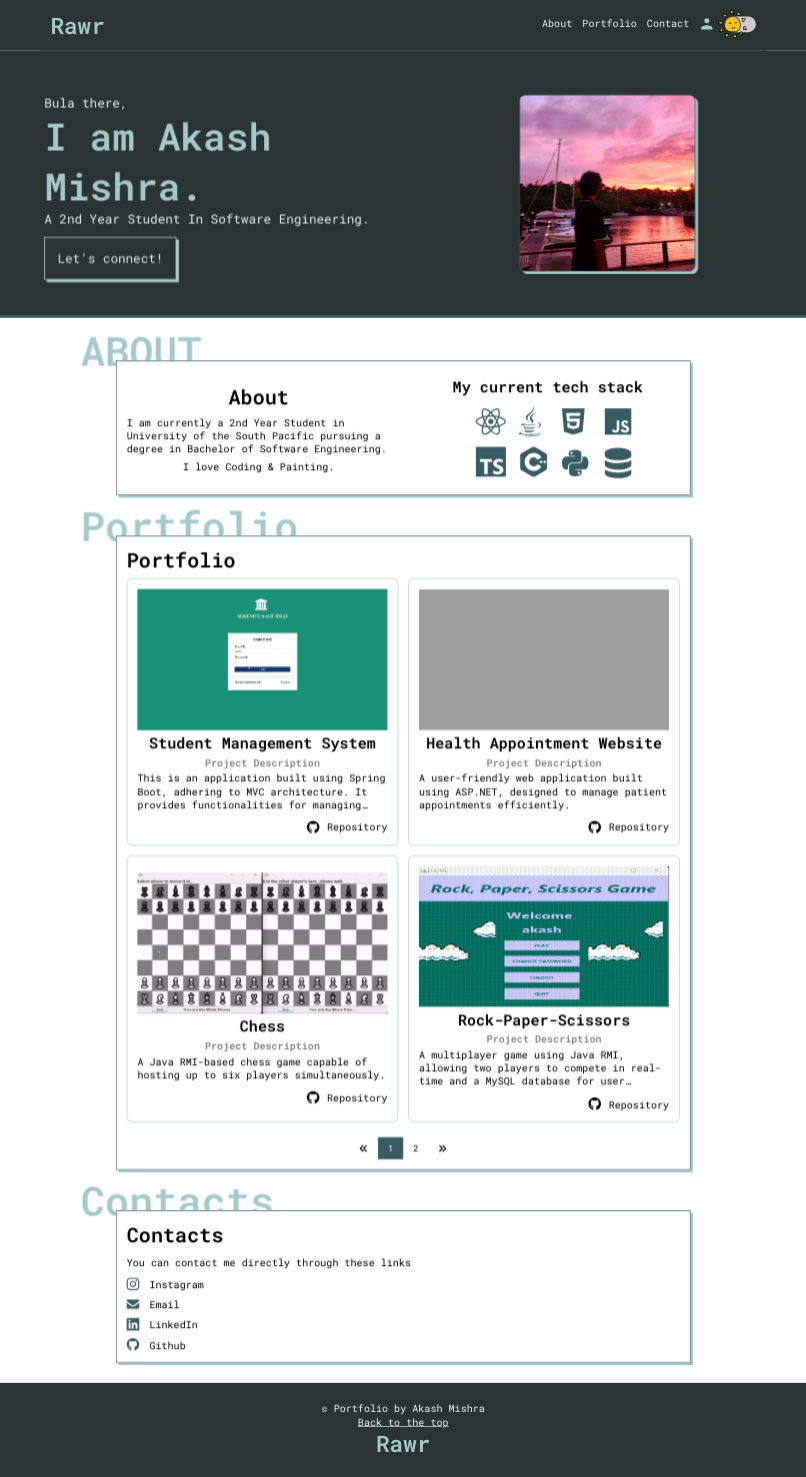
Repository: akashrawr/portfolio
Page: /
An editor plug-in stored every save of this project. The page is shown before and after the next save, followed by the edit.
The browser window is 1280 px wide. The pictures show the whole page, at 63% of full size.
Pictures or frames that could not be fetched are drawn as grey boxes. The project was rebuilt for these pictures with package versions that can differ from the ones it lists, and the page was loaded fresh each time.

Above is the page before, as saved 2025-01-01 20:52:41.

### public/index.html
<!DOCTYPE html>
<html lang="en">
  <head>
    <meta charset="utf-8" />
    <link rel="icon" href="%PUBLIC_URL%/favicon.ico" />
    <meta name="viewport" content="width=device-width, initial-scale=1" />
    <meta name="theme-color" content="#000000" />
    <meta
      name="description"
      content="Personal web Portfolio"
    />
    <link rel="apple-touch-icon" href="%PUBLIC_URL%/logo192.png" />
    <!--
      manifest.json provides metadata used when your web app is installed on a
      user's mobile device or desktop. See https://developers.google.com/web/fundamentals/web-app-manifest/
    -->
    <link rel="manifest" href="%PUBLIC_URL%/manifest.json" />
    <!--
      Notice the use of %PUBLIC_URL% in the tags above.
      It will be replaced with the URL of the `public` folder during the build.
      Only files inside the `public` folder can be referenced from the HTML.

      Unlike "/favicon.ico" or "favicon.ico", "%PUBLIC_URL%/favicon.ico" will
      work correctly both with client-side routing and a non-root public URL.
      Learn how to configure a non-root public URL by running `npm run build`.
    -->
    <title>akashrawr</title>
  </head>
  <body>
    <noscript>You need to enable JavaScript to run this app.</noscript>
    <div id="root"></div>
    <!--
      This HTML file is a template.
      If you open it directly in the browser, you will see an empty page.

      You can add webfonts, meta tags, or analytics to this file.
      The build step will place the bundled scripts into the <body> tag.

      To begin the development, run `npm start` or `yarn start`.
      To create a production bundle, use `npm run build` or `yarn build`.
    -->
  </body>
</html>

### src/App.js
import React, { useState, useEffect } from 'react';
import './App.css';
import AOS from 'aos';
import 'aos/dist/aos.css';

// Import components
import Header from './components/Header';
import Hero from './components/Hero';
import About from './components/About';
import Portfolio from './components/Portfolio';
import Contact from './components/Contact';
import Footer from './components/Footer';

function App() {
  useEffect(() => {
    AOS.init({ once: true, delay: 0 });
  }, []);

  const [isNavVisible, setIsNavVisible] = useState(false);
  const [darkMode, setDarkMode] = useState(false);

  const toggleNav = () => {
    setIsNavVisible(!isNavVisible);
  };

  const toggleDarkMode = () => {
    setDarkMode(!darkMode);
    document.body.classList.toggle('dark-mode', !darkMode);
  };

  return (
    <div>
      <Header
        isNavVisible={isNavVisible}
        toggleNav={toggleNav}
        darkMode={darkMode}
        toggleDarkMode={toggleDarkMode}
      />
      <main>

        <Hero />
        <About />
        <Portfolio />
        <Contact />
      </main>
      <Footer />
    </div>
  );
}

export default App;

### src/App.css
@import url("https://fonts.googleapis.com/css2?family=Roboto+Mono:wght@300;400;600&display=swap");

:root {
  --primary-color: #2c3333;
  --secondary-color: #395b64;
  --accent-1: #a5c9ca;
  --accent-2: #e7f6f2;
  --neutral-1: black;
  --neutral-2: white;
  --neutral-3: white;
  --neutral-4: black;
  --icon-1: #395b64;

  --dark-primary-color: #121212;
  --dark-secondary-color: #1f1f1f;
  --dark-accent-1: #6c757d;
  --dark-accent-2: #adb5bd;
  --dark-neutral-1: #ffffff;
  --dark-neutral-2: #121212;
  --dark-neutral-3:#1f1f1f;
  --dark-neutral-4: #938f8f;
  --dark-icon-1: #938f8f;

}

*,
*::after,
*::before {
  margin: 0;
  padding: 0;
  font-family: "Roboto Mono", monospace;
  box-sizing: border-box;


}

html {
  scroll-behavior: smooth;
}

body {
  overflow-x: hidden;
  background-color: var(--neutral-3);
  color: var(--neutral-1);
  font-family: "Roboto Mono", monospace;
}

body.dark-mode {
  --primary-color: var(--dark-primary-color);
  --secondary-color: var(--dark-secondary-color);
  --accent-1: var(--dark-accent-1);
  --accent-2: var(--dark-accent-2);
  --neutral-1: var(--dark-neutral-1);
  --neutral-2: var(--dark-neutral-2);
  --neutral-3: var(--dark-neutral-3);
  --neutral-4: var(--dark-neutral-4);
  --icon-1:var(--dark-icon-1);
}


/* Navbar styles */

header {
  display: flex;
  align-items: center;
  justify-content: center;

  max-width: 100vw;
  background-color: var(--primary-color);
}

a {
  font-size: 14px;
  text-decoration: none;
}

h1 {
  font-family: "Roboto Mono", monospace;
}

.navbar-nav {
  display: flex;
  align-items: center;
  justify-content: space-between;
  background-color: var(--primary-color);
  padding: 1rem;
  width: 90%;
}

.nav-logo {
  grid-column: 1;
}

.nav-logo > h1 {
  font-size: 30px;
  color: var(--accent-1);
}

.primary-nav {
  display: flex;
  list-style: none;
  gap: 16px;

  grid-column: 2;
  justify-self: end;
}

.mobile-nav-toggle {
  display: none;
  cursor: pointer;
}

.nav-link:link,
.nav-link:visited {
  font-size: 16px;
  color: var(--accent-2);

  transition: 300ms ease-in-out;
}

.nav-link:hover {
  font-weight: 600;
  color: var(--accent-1);
}

.user-icon {
  width: 24px;
  height: 24px;
  fill: var(--accent-1);
  transition: fill 0.3s ease;
}

.user-icon:hover {
  fill: var(--accent-1);
}

/* Dark mode toggle button */
.theme-toggle {
  background: none;
  border: none;
  cursor: pointer;
  padding: 8px;
  display: flex;
  align-items: center;
}

.nav-icons {
  --size: 30px;
  width: var(--size);
  aspect-ratio: 1;
  cursor: pointer;
}



@media only screen and (max-width: 35em) {
  .primary-nav {
    position: fixed;
    top: 0;
    right: 0;
    bottom: 0;
    width: 125px;

    flex-direction: column;
    padding: min(15vh, 3rem) 1rem;
    background-color: var(--primary-color);
    border-left: 2px solid rgb(111, 111, 111); /* Add this line for the left border */

    z-index: 9999;

    transform: translateX(100%);
    transition: transform 350ms ease-out;
  }


  .nav-link:link,
  .nav-link:visited {
    font-size: 15px;
    color: var(--accent-1);
  }

  .primary-nav[data-visible="true"] {
    transform: translateX(0%);
  }

  .mobile-nav-toggle[aria-expanded="true"] {
    background: url('data:[embedded picture, 416 characters]') center center no-repeat;
  }

  .mobile-nav-toggle {
    display: block;
    position: absolute;
    background: url('data:[embedded picture, 417 characters]') center center no-repeat;

    width: 1.25rem;
    aspect-ratio: 1;

    border: none;

    top: 1.4rem;
    right: 2.5rem;
    z-index: 10000;

    transition: 250ms ease-in-out;
  }
}

/* Section styles */

section {
  display: flex;
  align-items: center;
  justify-content: center;

  max-width: 100vw;
  position: relative;
}

/* HERO SECTION */
#hero {
  background-color: var(--primary-color);
  border-bottom: 4px solid var(--icon-1);
  padding: 2.2rem;
}

/* Main container for text and image */
.hero-main-container {
  display: flex;
  flex-wrap: wrap;
  align-items: center;
  justify-content: space-between;
  gap: 16px;
}

/* Text Container */
.hero-container {
  flex: 1;
  display: flex;
  flex-direction: column;
  gap: 16px;
  padding: 2.2rem;
  width: 90%;
  height: 350px;
  animation: fade-in 500ms linear forwards;
}

.hero-text-container > h2 {
  font-size: 28px;
  color: var(--accent-1);
}

.hero-text-container > p {
  font-size: 12px;
  color: var(--accent-2);
}

.hero-button {
  align-self: flex-start;

  font-size: 14px;
  padding: 1em;

  color: var(--accent-2);
  background-color: transparent;

  border: 1px solid var(--accent-2);
  box-shadow: 4px 4px 0px var(--accent-1);

  transition: 300ms ease-in-out;
}

.hero-button:hover {
  background-color: var(--accent-2);
  color: var(--primary-color);
  box-shadow: 6px 6px 0px var(--secondary-color);
}

/* Image Container */
.hero-img {
  flex: 1;
  display: flex;
  justify-content: center;
  align-items: center;
}

.hero-image {
  max-width: 50%;
  height: auto;
  border-radius: 10px;
  box-shadow: 0 4px 8px rgba(0, 0, 0, 0.1);
  border: 1px solid var(--secondary-color);
  background-color: var(--neutral-2);

  width: 100%;


  box-shadow: 4px 4px 0px var(--accent-1);
}


/* Responsive Styles */
@media screen and (max-width: 768px) {
  .hero-main-container {
    flex-direction: column;
  }

  .hero-img {
    margin-top: 20px;
  }

  .hero-text-container {
    text-align: left;
  }
}
.hero-text-container > h2 {
  font-size: 20px;
  color: var(--accent-1);
}
.project-card > h3 {
  font-size: 12px;
  color: var(--secondary-color);
}

/* ABOUT */

#about {
  padding: 2rem;
  margin-top: 36px;
  animation: fade-in 500ms linear forwards;

}

.wave-asset {
  width: 100%;
  position: absolute;

  top: 0;
  left: 0;
}

.about-container {
  display: flex;
  align-items: center;
  justify-content: center;
  background-color: var(--neutral-2);
  width: 90%;
  z-index: 999;
}

.about-card,
.portfolio-card,
.contact-card {
  display: flex;
  flex-direction: column;
  gap: 16px;
  border: 1px solid var(--secondary-color);
  background-color: var(--neutral-2);

  width: 100%;
  padding: 1rem;

  box-shadow: 4px 4px 0px var(--accent-1);
}

.about-content,
.portfolio-content {
  width: 100%;
  display: flex;
  flex-direction: column;
  gap: 8px;
}

.about-content > h2,
.about-content > h3 {
  color: var(--neutral-4);
}

.about-content > p {
  font-size: 12px;
  color: var(--neutral-4);
}

.tech-stack-grid {
  width: 65%;
  display: grid;
  grid-template-columns: repeat(4, 1fr);
  place-items: center;
}

.tech-stack {
  --size: 30px;
  width: var(--size);
  aspect-ratio: 1;
}

/* Portfolio container */

#portfolio {
  padding: 2rem;
  animation: fade-in 500ms linear forwards;
}

.portfolio-container {
  width: 90%;
  z-index: 999;
}

.project-container {
  display: grid;
  grid-template-columns: repeat(2, 1fr);
  gap: 16px;
}

.portfolio-content > h2 {
  color: var(--neutral-4);
}

.project-card {
  display: flex;
  flex-direction: column;
  gap: 4px;

  padding: 1rem;
  border-radius: 8px;
  border: 1px solid var(--accent-1);
}

.project-card > h3 {
  color: var(--neutral-4);
}

.project-card > h5 {
  color: var(--neutral-4);
  opacity: 0.5;
}

.project-card > p {
  font-size: 12px;
  width: 100%;
  display: -webkit-box;
  -webkit-box-orient: vertical;
  -webkit-line-clamp: 3;
  overflow: hidden;
  color: var(--neutral-4);
}

.project-img {
  width: 100%;
  aspect-ratio: 16/9;
}

.project-card-links {
  align-self: flex-end;

  margin-top: 10px;
  display: flex;
  align-items: center;
  gap: 12px;
}

.project-icons {
  --size: 20px;
  width: var(--size);
  aspect-ratio: 1;
}

.project-card-links > a {
  display: flex;
  align-items: center;
  color: var(--neutral-4);
  font-size: 10px;
  gap: 4px;
}

.project-card-links > a:link,
.project-card-links > a:visited {

  color: var(--neutral-4);
}

.project-card-links > a:hover {
  font-weight: 600;
  color: var(--accent-1);
}

/* CONTACT */
#contact {
  padding: 2rem;
  animation: fade-in 500ms linear forwards;
}

.contact-container {
  width: 90%;
  z-index: 999;
}

.contact-card {
  width: 100%;
  gap: 12px;
}
.contact-card > h2 {
    color: var(--neutral-4);
}

.contact-card > p {
  font-size: 12px;
  color: var(--neutral-4);
}

.contact-links {
  display: flex;
  flex-direction: column;
  gap: 8px;
}

.contact-links > a {
  display: flex;
  align-items: center;
  gap: 8px;
}

.contact-links > a:link,
.contact-links > a:visited {
  color: var(--neutral-4);
}

.contact-links > a:hover {
  font-weight: 600;
  color: var(--accent-1);
}
.contact-icons {
  --size: 20px;
  width: var(--size);
  aspect-ratio: 1;
}

/* extras */
.section-highlight {
  font-size: 4rem;
  font-weight: 600;
  opacity: 0.5;
  color: var(--accent-1);

  position: absolute;
  top: 0;
  left: 100px;
}

/* footer */
footer {
  display: flex;
  align-items: center;
  justify-content: center;
  color: var(--accent-2);
  max-width: 100vw;
  background-color: var(--primary-color);
  min-height: 150px;
}

.footer-content {
  text-align: center;
  font-size: 12px;
  width: 90%;

  color: var(--accent-2);
}

.footer-content > a {
  text-decoration: underline;
}

.footer-content > a:link,
.footer-content > a:visited {
  color: var(--accent-2);
}

.footer-content > a:hover {
  color: var(--accent-1);
}
/* media queries */

@media only screen and (max-width: 35em) {
  .hero-container {
    padding: 1rem;
    height: 200px;
  }
  .project-container {
    grid-template-columns: 1fr;
  }
  .tech-stack-grid {
    width: 100%;
  }
  .section-highlight {
    font-size: 3.5rem;
    top: -16px;
    left: 6vw;
  }
}

@media only screen and (min-width: 35em) {
  .hero-container {
    height: 250px;
  }
  .about-container,
  .portfolio-container,
  .contact-container {
    width: 75%;
  }

  .about-card,
  .portfolio-card {
    align-items: center;
    justify-content: center;
    flex-direction: row;
    gap: 20px;
  }

  .section-highlight {
    top: -26px;
    left: 10vw;
  }
}

@media only screen and (min-width: 768px) {
  .nav-logo > h1 {
    font-size: 36px;
  }

  /* hero */
  .hero-container {
    height: 350px;
  }

  .hero-text-container > p {
    font-size: 20px;
  }

  .hero-text-container > h2 {
    font-size: 60px;
  }

  .hero-button {
    font-size: 20px;
  }

  /* about */
  .about-card {
    gap: 40px;
  }

  .about-content > h2 {
    font-size: 32px;
  }

  .about-content > h3 {
    font-size: 24px;
  }

  .about-content > p {
    font-size: 16px;
  }

  .tech-stack-section {
    align-self: flex-start;
    margin-top: 8px;
  }

  .tech-stack {
    --size: 40px;
    width: var(--size);
    aspect-ratio: 1;
  }

  /* portfolio */
  .portfolio-content > h2 {
    font-size: 32px;
  }

  .project-card > h3 {
    font-size: 24px;
  }

  .project-card > h5,
  .project-card > p {
    font-size: 16px;
  }

  .project-card-links > a {
    font-size: 16px;
  }

  /* contacts */
  .contact-card > h2 {
    font-size: 32px;
  }

  .contact-card > p {
    font-size: 16px;
  }

  .contact-links > a {
    font-size: 16px;
  }
  .footer-content,
  .footer-content > a {
    font-size: 16px;
  }
}

@media only screen and (min-width: 1024px) {
  .section-highlight {
    top: -26px;
    left: 10vw;
  }
}

@keyframes fade-in {
  0% {
    opacity: 0;
  }
  100% {
    opacity: 1;
  }
}

/* Adjust specific sections as needed for React-specific behaviors */
.primary-nav.visible {
  transform: translateX(0%);
}

/* The switch - the box around the slider */
.switch {
  position: relative;
  display: inline-block;
  width: 50px;
  height: 25px;
}

/* Hide default HTML checkbox */
.switch input {
  opacity: 0;
  width: 0;
  height: 0;
}

/* The slider */
.slider {
  position: absolute;
  cursor: pointer;
  top: 0;
  left: 0;
  right: 0;
  bottom: 0;
  background-color: #ccc;
  -webkit-transition: .4s;
  transition: .4s;
  border-radius: 25px; /* Rounded edges for the slider */
  display: flex;

  align-items: center;
}

/* Adjust the icon size to 48x48 pixels */
.slider .icon {
  position: absolute;
  width: 48px;
  height: 48px;
  transition: .4s;
}

/* When the input is checked (dark mode is on) */
input:checked + .slider {
  background-color: #3e4346; /* Change background color on check */
}

input:focus + .slider {
  box-shadow: 0 0 1px #2196F3;
}

/* Move the icons when the input is checked (dark mode) */
input:checked + .slider .icon {
  transform: translateX(20px); /* Move the icon to the right */
}

/* Default state (light mode) */
input:not(:checked) + .slider .icon {
  transform: translateX(-15px) translateY(-2px); /* Icon remains in the default position */
  width: 52px; /* Further reduced icon size for very small screens */
  height: 52px; /* Further reduced icon size for very small screens */
}

.about-icon {
  color: var(--icon-1); /* Change to any shade of blue you prefer */
  font-size: 3rem; /* Adjust size as needed */
  margin: 0.5rem;
}

.project-icons {
  margin-right: 0.5rem; /* Space between icon and text */
  font-size: 1.5rem; /* Adjust icon size */
  color: inherit; /* Match the color of the link */
}

.contact-icons {
  margin-right: 0.5rem; /* Space between icon and text */
  font-size: 1.5rem; /* Adjust icon size */
  color: var(--icon-1);
}

/* Responsive Adjustments */
@media (max-width: 768px) {
  .about-icon {
    font-size: 2.5rem; /* Slightly smaller on smaller devices */
    margin: 0.4rem;
  }

  .project-icons {
    font-size: 1.2rem; /* Smaller icon size on smaller screens */
    margin-right: 0.4rem;
  }

  .contact-icons {
    font-size: 1.2rem; /* Smaller icon size on smaller screens */
    margin-right: 0.4rem;
  }
}

@media (max-width: 480px) {
  .about-icon {
    font-size: 2rem; /* Even smaller on very small devices */
    margin: 0.3rem;
  }

  .project-icons {
    font-size: 1rem; /* Further reduced icon size for very small screens */
    margin-right: 0.3rem;
  }

  .contact-icons {
    font-size: 1rem; /* Further reduced icon size for very small screens */
    margin-right: 0.3rem;
  }
}

.pagination {
  display: flex;
  justify-content: center;
  align-items: center;
  margin-top: 1rem;
}

.pagination a {
  color: var(--neutral-4);
  padding: 8px 16px;
  text-decoration: none;
}

.pagination a.active {
  background-color: #395b64;
  color: white;
}

.pagination a:disabled {
  color: grey;
  pointer-events: none;
}

/* Responsive Adjustments */
@media (max-width: 768px) {
  .pagination a {
    padding: 6px 12px; /* Smaller padding for smaller screens */
    font-size: 0.9rem; /* Slightly smaller font size */
  }

  .pagination {
    margin-top: 0.75rem; /* Adjust margin top for smaller screens */
  }
}

@media (max-width: 480px) {
  .pagination a {
    padding: 4px 8px; /* Even smaller padding for very small screens */
    font-size: 0.8rem; /* Smaller font size for very small screens */
  }

  .pagination {
    margin-top: 0.5rem; /* Adjust margin top for very small screens */
  }
}

### src/components/Hero.js
import React from 'react';

function Hero() {
  return (
    <section id="hero">
      <div className="hero-main-container">
        {/* Text and Button Container */}
        <div className="hero-container">
          <div className="hero-text-container" data-aos="fade-up">
            <p>Bula there,</p>
            <h2>I am Akash Mishra.</h2>
            <p>A 2nd Year Student In Software Engineering.</p>
          </div>
          <a href="#contact" className="hero-button" data-aos="fade-up">
            Let's connect!
          </a>
        </div>

        {/* Image Container */}
        <div className="hero-img" data-aos="fade-up">
          <img className="hero-image" src="./assets/images/akash.jpg" alt="akash" />
        </div>
      </div>
    </section>
  );
}

export default Hero;

### src/components/Footer.js
import React from 'react';

function Footer() {
  return (
    <footer>
      <div className="footer-content">
        © Portfolio by Akash Mishra <br/>
        <a href="#hero">Back to the top</a>
        <div className="nav-logo">
          <h1>Rawr</h1>
        </div>
      </div>

    </footer>
  );
}

export default Footer;

Loaded but not shown: src/index.js (common file); src/index.css (common file); src/reportWebVitals.js (common file); src/components/Header.js (84 lines, source omitted); src/components/Portfolio.js (95 lines, source omitted); src/data/projects.js (74 lines, source omitted); src/components/About.js (54 lines, source omitted); src/components/Contact.js (48 lines, source omitted)

After the next save:
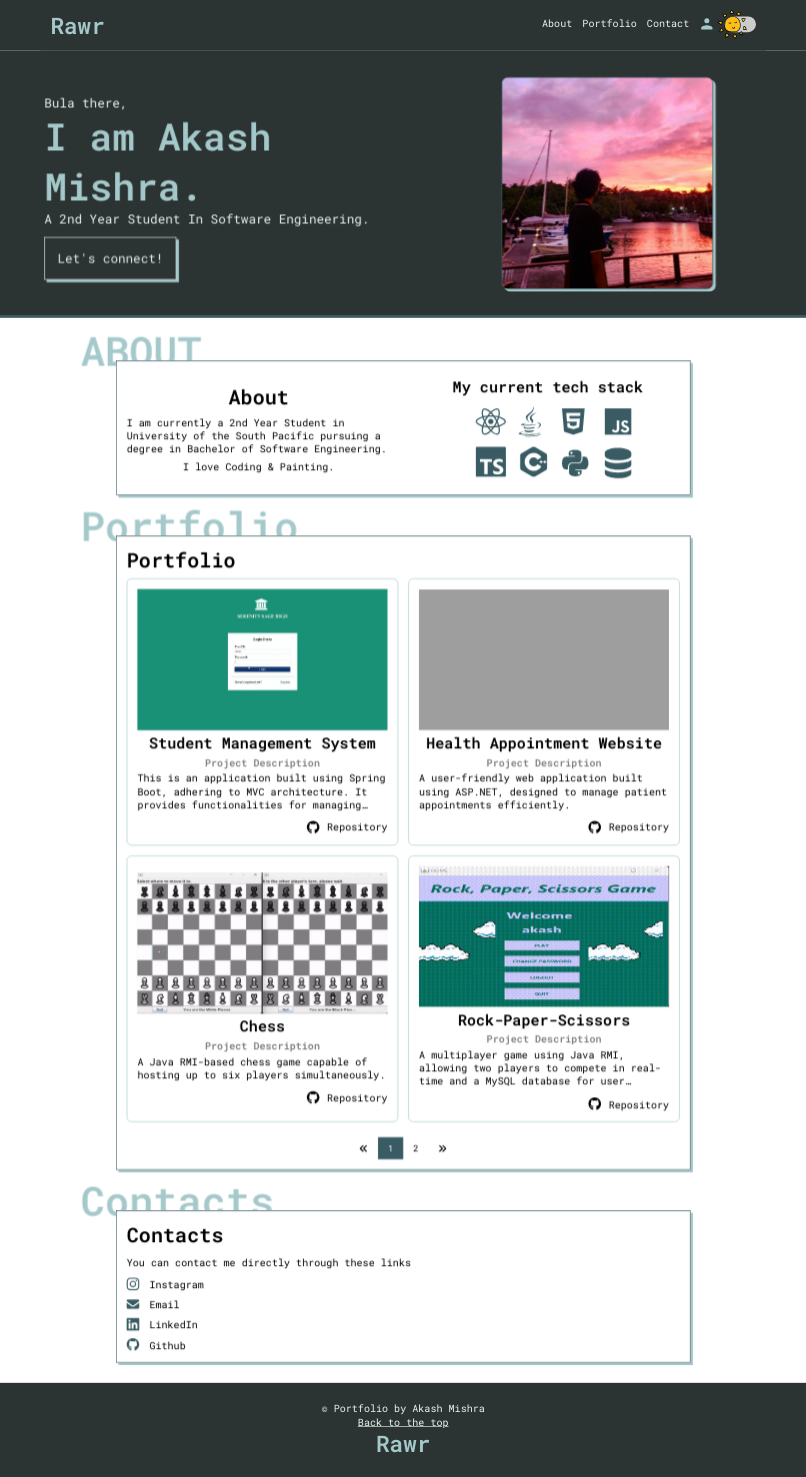
Saved 12 s later.
--- a/src/App.css
+++ b/src/App.css
@@ -284,7 +284,7 @@
 }
 
 .hero-image {
-  max-width: 50%;
+  max-width: 60%;
   height: auto;
   border-radius: 10px;
   box-shadow: 0 4px 8px rgba(0, 0, 0, 0.1);

After the save that followed:
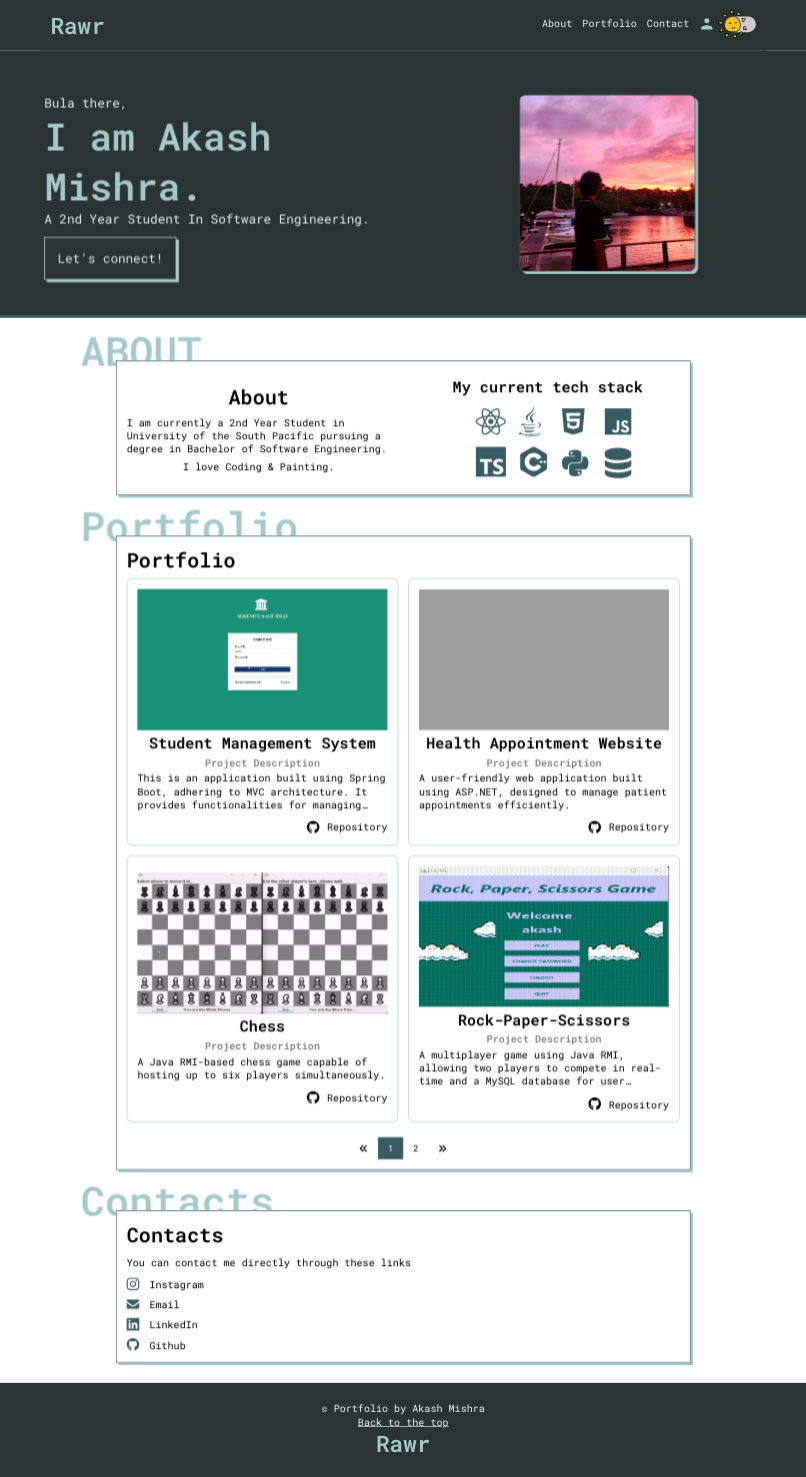
Saved 24 s later.
--- a/src/App.css
+++ b/src/App.css
@@ -284,7 +284,7 @@
 }
 
 .hero-image {
-  max-width: 60%;
+  max-width: 50%;
   height: auto;
   border-radius: 10px;
   box-shadow: 0 4px 8px rgba(0, 0, 0, 0.1);
